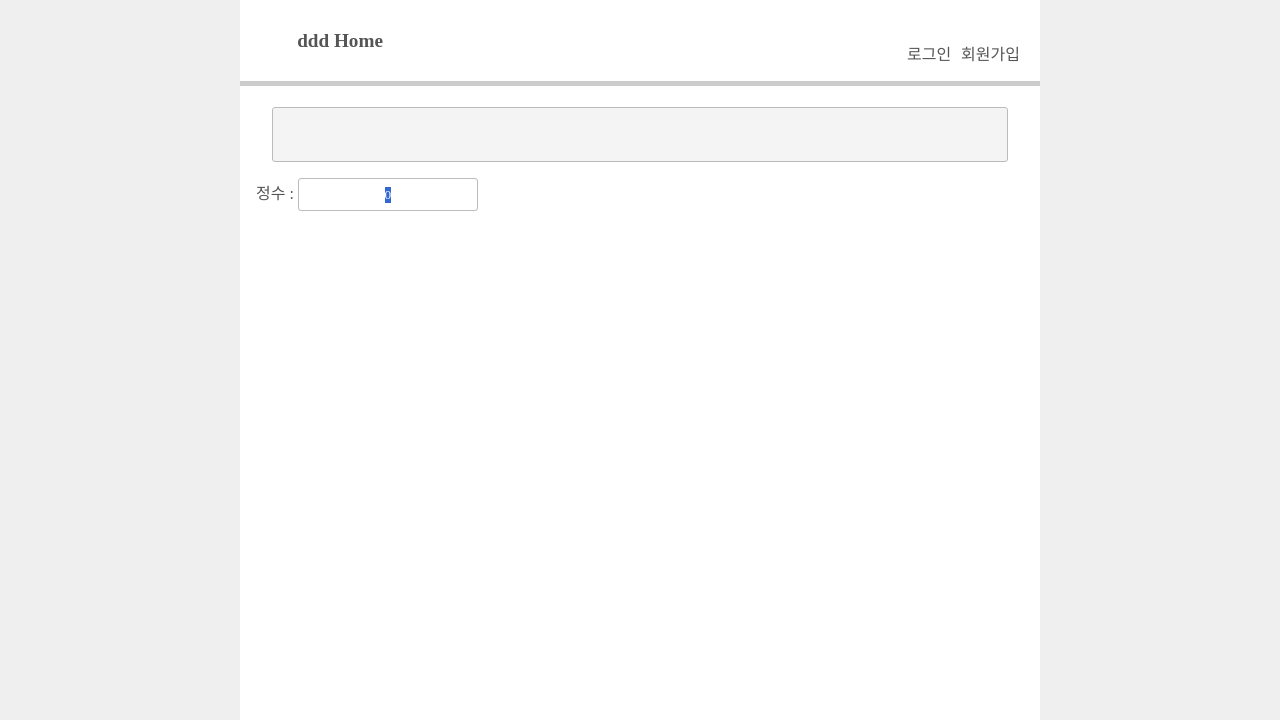
Repository: Deneb0000/JSP
Page: http://localhost/jspPro/days01/ex03_06.jsp
These files come from the project's save history. The page is drawn as it stood at one moment and after the next save; the edit follows.
The browser window is 1280 px wide. The pictures show the whole page.
Some web fonts or font styles are not loaded; a fallback is used. The page is served by Tomcat 9. Other server files are loaded and not shown.

Above is the page before, as saved 2024-10-15 08:34:53.

### jspPro/src/main/webapp/days01/ex03_06.jsp
<%@ page contentType="text/html; charset=UTF-8" pageEncoding="UTF-8"%>
<%
//int num = Integer.parseInt(request.getParameter("num"));
//http://localhost/jspPro/days01/ex03_06.jsp?num=		500오류 : 서버체크 > script
String pNum = request.getParameter("num");

int num=0;
if(pNum != null){
	num = Integer.parseInt(pNum);
}
//int num = request.getParameter("num")==null?0:Integer.parseInt(request.getParameter("num"));

%>
<!DOCTYPE html>
<html>
<head>
<meta charset="UTF-8">
<title>Insert title here</title>
<link rel="shortcut icon" type="image/x-icon" href="http://localhost/jspPro/images/SiSt.ico">
<script src="https://ajax.googleapis.com/ajax/libs/jquery/3.7.1/jquery.min.js"></script>
<meta name="viewport" content="width=device-width, initial-scale=1.0">
<meta name="google" content="notranslate">
<link rel="stylesheet" href="http://localhost/jspPro/resources/cdn-main/example.css">
<script src="http://localhost/jspPro/resources/cdn-main/example.js"></script>
<style>
 span.material-symbols-outlined{
    vertical-align: text-bottom;
 }
</style>
</head>
<body>
<header>
  <h1 class="main"><a href="#" style="position: absolute;top:30px;">ddd Home</a></h1>
  <ul>
    <li><a href="#">로그인</a></li>
    <li><a href="#">회원가입</a></li>
  </ul>
</header>
<div>
  <xmp class="code">
  </xmp>
  <!-- <form> -->
  정수 : <input type = "text" id= "num" name="num" value="<%= num %>" autofocus><br>
  <!-- </form> -->

  <!-- 숫자만 입력되게, 유효성검사  엔터를 칠때 '3' 입력시 1+2+3-->

<p id="demo">
 <%
 if(pNum != null){
  int sum = 0;
  for(int i=1; i<=num; i++){
	  sum += i;
	%><%= i %>+<%
  }//for
 %>=<%= sum %>
 <%}
 %>
</p>
   <script>
   $("#num").select();
  $("#num")
  .css("text-align","center")
  .on({
	  "keydown": function(e) {
		  if ( !(e.which >= 48 && e.which <= 57
	              || e.which == 8
	              || e.which == 13
	              || e.which == 229
	          )){
			  alert("숫자만 입력")
			  e.preventDefault();
		  }//if
	  },
	  "keyup": function(event) {
		  //if($("num").val().length != 0 && event.which == 13){	//입력이 된 상태
			  if( event.which == 13){	//입력이 된 상태

			  //$("form").submit();
			  let numValue = $("#num").val();
			location.href = `ex03_06.jsp?num=\${numValue}`;	//무조건 get방식
		  }
	  }
  })
  </script>
</div>
</body>
</html>

### jspPro/src/main/webapp/resources/cdn-main/example.css
@charset "UTF-8";

@import url('https://fonts.googleapis.com/css2?family=Material+Symbols+Outlined:opsz,wght,FILL,GRAD@20..48,100..700,0..1,-50..200');

@font-face {
    font-family: 'GmarketSansMedium';
    src: url('https://cdn.jsdelivr.net/gh/projectnoonnu/noonfonts_2001@1.1/GmarketSansMedium.woff') format('woff');
    font-weight: normal;
    font-style: normal;
}

:root {
	--text-color: #555;
	--sub-text-color: #777;
	--back-color: #EFEFEF;
	--header-color: #444;
	--primary-color: #DEDEDE;
	--secondary-color: #EFEFEF;
	--default-width: 800px;
	--narrow-width: 500px;
	--wide-width: 1200px;
	--text-font: 'GmarketSansMedium';
	--icon-font: 'Material Symbols Outlined';
	--border-color: #CCC;
}

html, body {
	margin: 0;
	padding: 0;
}

html {
	background-color: var(--back-color);
	display: flex;
	justify-content: center;
	min-height: 100vh;
}

body, body.default {
	width: var(--default-width);
	background-color: white;
	padding-bottom: 120px;
}

body.wide {
	width: var(--wide-width);
}

body.narrow {
	width: var(--narrow-width);
}



body, p, div, span, a, input, select, option, textarea, button, table, th, td, label, fieldset, legend {
	font-family: var(--text-font);
	color: var(--text-color);
}

h1, h2, h3 {
	font-family: var(--text-font);
	color: var(--header-color);
	padding: 0 1rem;
	padding-top: .5rem;
}

div > h1, div > h2, div > h3 {
	padding: 0;
}

body > div, body > main > div {
	padding: 0.3rem 1rem;
}


h1 { font-size: 2rem; border-bottom: 1px solid var(--border-color); }
h1 small { font-size: 1.2rem; color: var(--sub-text-color); }
h2 { font-size: 1.5rem; border-bottom: 1px dashed var(--border-color); }
h2 small { font-size: 1.1rem; color: --sub-text-color; }
h3 { font-size: 1.2rem; }
h3 small { font-size: 1rem; color: --sub-text-color; }



h1.main::before {
	font-family: var(--icon-font);
  	content: '\e666';
  	margin-right: 10px;
  	float: left;
	font-size: 2.5rem;
}

h1.sub::before {
	font-family: var(--icon-font);
  	content: '\ea19';
  	margin-right: 10px;
  	float: left;
	font-size: 2.5rem;
}


h1.page::before {
	font-family: var(--icon-font);
  	content: '\e0e0';
  	margin-right: 10px;
  	float: left;
	font-size: 2.5rem;
}

body > header > ul > li > .active{
	background-color: #FFF;
	color:#F00;
}

body > header {
	display: flex;
	justify-content: space-between;
	border-bottom: 5px solid var(--border-color);
	min-height: 74px;
	background-color: #FFF;
}

body > header.sticky {
	position: sticky;
	top: 0;
	z-index: 98;
}

body > header > h1 {
	font-size: 1.2rem;
	border: 0;
}

body > header.in > h1::before {
	font-family: var(--icon-font);
  	content: '\e332‥';
  	margin-right: 3px;
  	float: left;
	font-size: 2rem;
}


body > header > ul {
	list-style-type: none;
	display: flex;
	align-items: flex-end;
	margin-right: 10px;
}

body > header > ul > li {
	margin-right: 10px;
	cursor: pointer;
}

body > header > ul > li > a {
	cursor: pointer;
}


form {
	display: block;
}

form > div {
	padding: 0.3rem 1rem;
}

div > form > div {
	padding: 0.3rem 0;
}

input, textarea, button, select {
	border: 1px solid #BBB;
	border-radius: 3px;
	outline: none;
	resize: none;
	padding: 7px;
	margin: 0;
}

input[type=text]:read-only, textarea:read-only {
	cursor: not-allowed;
	background-color: #FFF;
}

input[type=text]:disabled, textarea:disabled {
	cursor: not-allowed;
	background-color: #EEE;
}

input[type=text], input[type=password], textarea, button, select {
	/* width: 300px; */
}

textarea {
	display: block;
	height: 100px;
}

input[type=button], input[type=submit], button {
	/* width: inherit; */
}

input.short, textarea.short, button.short, select.short {
	width: 100px;
}

input.long, textarea.long, button.long, select.long {
	width: 350px;
}

.narrow input.long, .narrow textarea.long, .narrow button.long, .narrow select.long {
	width: calc(100% - 20px);
}

input.full, textarea.full, button.full, select.full {
	width: calc(100% - 20px);
}

textarea.short {
	height: 50px;
}

textarea.long {
	height: 100px;
}

textarea.full {
	height: 200px;
}

input, textarea {
	padding-top: 8px;
}

input[type=button], input[type=submit], button {
	padding: 5px 10px;
	background-color: var(--secondary-color);
	cursor: pointer;
	min-height: 36px;
}

input[type=button].primary, input[type=submit].primary, button.primary {
	/* background-color: rgba(100, 149, 237, .2); */
	background-color: var(--primary-color);
}

input[type=button].primary:hover, input[type=submit].primary:hover, button.primary:hover {
	/* background-color: rgba(100, 149, 237, .3); */
	background-color: var(--secondary-color);
}

input[type=button]:hover, input[type=submit]:hover, button:hover {
	background-color: var(--primary-color);
}

button {
	position: relative;
	left: 0;
	top: 0;
	padding-left: 35px;
}

button .material-symbols-outlined {
	position: absolute;
	left: 10px;
	top: 4px;
}

/* k2nik add */
button.login::before {
	font-family: var(--icon-font);
  	content: '\ea77';
	position: absolute;
	left: 11px;
	top: 4px;
	font-size: 1.25rem;
}

/* k2nik logout */
button.logout::before {
	font-family: var(--icon-font);
  	content: '\e9ba';
	position: absolute;
	left: 11px;
	top: 4px;
	font-size: 1.25rem;
}

/* k2nik help */
button.help::before {
	font-family: var(--icon-font);
  	content: '\f1c0';
	position: absolute;
	left: 11px;
	top: 4px;
	font-size: 1.25rem;
}

button.add::before{
	font-family: var(--icon-font);
  	content: '\e746';
	position: absolute;
	left: 11px;
	top: 4px;
	font-size: 1.25rem;
}

button.back::before {
	font-family: var(--icon-font);
  	content: '\e166';
	position: absolute;
	left: 11px;
	top: 4px;
	font-size: 1.25rem;
}

button.list::before {
	font-family: var(--icon-font);
  	content: '\e0ee';
	position: absolute;
	left: 11px;
	top: 4px;
	font-size: 1.25rem;
}


button.del::before {
	font-family: var(--icon-font);
  	content: '\e872';
	position: absolute;
	left: 11px;
	top: 4px;
	font-size: 1.25rem;
}


button.edit::before {
	font-family: var(--icon-font);
  	content: '\e745';
	position: absolute;
	left: 11px;
	top: 4px;
	font-size: 1.25rem;
}


button.login::before {
	font-family: var(--icon-font);
  	content: '\ea77';
	position: absolute;
	left: 11px;
	top: 4px;
	font-size: 1.25rem;
}


button.logout::before {
	font-family: var(--icon-font);
  	content: '\e9ba';
	position: absolute;
	left: 11px;
	top: 4px;
	font-size: 1.25rem;
}


button.in::before {
	font-family: var(--icon-font);
  	content: '\f71a';
	position: absolute;
	left: 11px;
	top: 4px;
	font-size: 1.25rem;
}


button.out::before {
	font-family: var(--icon-font);
  	content: '\f70e';
	position: absolute;
	left: 11px;
	top: 4px;
	font-size: 1.25rem;
}


button.reply::before {
	font-family: var(--icon-font);
  	content: '\e15e';
	position: absolute;
	left: 11px;
	top: 4px;
	font-size: 1.25rem;
}


button.comment::before {
	font-family: var(--icon-font);
  	content: '\e0b9';
	position: absolute;
	left: 11px;
	top: 4px;
	font-size: 1.25rem;
}


button.modal::before {
	font-family: var(--icon-font);
  	content: '\e89e';
	position: absolute;
	left: 11px;
	top: 4px;
	font-size: 1.25rem;
}


button.ok::before {
	font-family: var(--icon-font);
  	content: '\e86c';
	position: absolute;
	left: 11px;
	top: 4px;
	font-size: 1.25rem;
}


button.cancel::before {
	font-family: var(--icon-font);
  	content: '\e5c9';
	position: absolute;
	left: 11px;
	top: 4px;
	font-size: 1.25rem;
}

button.search::before {
	font-family: var(--icon-font);
  	content: '\e8b6';
	position: absolute;
	left: 11px;
	top: 4px;
	font-size: 1.25rem;
}

button.home::before {
	font-family: var(--icon-font);
  	content: '\e88a';
	position: absolute;
	left: 11px;
	top: 4px;
	font-size: 1.25rem;
}


button.sidebar::before {
	font-family: var(--icon-font);
  	content: '\f7e4';
	position: absolute;
	left: 11px;
	top: 4px;
	font-size: 1.25rem;
}


button.sidebar-right::before {
	font-family: var(--icon-font);
  	content: '\f7e5';
	position: absolute;
	left: 11px;
	top: 4px;
	font-size: 1.25rem;
}




button::before {
	font-family: var(--icon-font);
  	content: '\e323';
	position: absolute;
	left: 11px;
	top: 4px;
	font-size: 1.25rem;
}


table {
	border-collapse: collapse;
	margin: 1rem;
	box-sizing: border-box;
	width: calc(100% - 32px);
}

table.content {
	width: auto;
}

div > table {
	margin: 0;
}

table th, table td {
	border: 1px solid var(--border-color);
	padding: 7px;
	font-weight: normal;
}

table th {
	background-color: var(--back-color);
}

table.vertical th {
	width: 150px;
}

table.vertical td {
	width: calc(100% - 182px);
	padding-left: 10px;
}

table.content td, table.content th {
	width: auto;
}

body.narrow table.vertical th {
	width: 100px;
}

body.narrow table.vertical td {
	width: calc(100% - 182px);
}


table + table {
	margin-top: 30px;
}


p {
	padding: 0 1rem;
}

a {
	text-decoration: none;
}

a:hover {
	color: rgba(255, 99, 71, .7);
}

hr {
	border: 0;
	border-top: 1px solid var(--border-color);
	margin: 2rem 0;
}

.message {
	border: 1px solid var(--border-color);
	background-color: #EFEFEF;
	margin: 1rem;
	width: auto;
	padding-top: 10px;
	padding-bottom: 10px;
	font-size: 14px;
}

.message[title]::before {
	content: attr(title);
	display: block;
	border-bottom: 1px solid var(--border-color);
	padding-bottom: 5px;
	margin-bottom: 10px;
	margin-top: 7px;
}

.message.short {
	max-width: 250px;
}

.message.long {
	max-width: 500px;
}

.badge {
	float: right;
	font-size: .8rem;
	margin-top: 2px;
	margin-right: 2px;
	text-shadow: 0 0 7px gray;
}

.badge.left {
	float: none;
	margin-left: 2px;
}

.badge.right {
	float: right;
}

.badge.red {
	border-radius: 50%;
	padding: 2px 5px;
	background-color: rgb(255, 99, 71, .3);
}

.badge.yellow {

	border-radius: 50%;
	padding: 2px 5px;
	background-color: rgb(255, 215, 0, .5);
}

.badge.blue {
	border-radius: 50%;
	padding: 2px 5px;
	background-color: rgb(100, 149, 237, .3);
}

label + label {
	margin-left: 7px;
}

label input[type=checkbox], label input[type=radio] {
	transform: translate(0, 1px);
}

.group {
	display: flex;
}

.modal-content .group {
	margin-bottom: .5rem;
}

.group label {
	border: 1px solid #BBB;
	border-radius: 3px;
	outline: none;
	resize: none;
	padding: 7px 14px;
	margin: 0;
	border-top-right-radius: 0;
	border-bottom-right-radius: 0;
	background-color: #EFEFEF;
	white-space: nowrap;
	font-size: 14px;
}

.group input[type=text] {
	margin-left: -1px;
	border-top-left-radius: 0;
	border-bottom-left-radius: 0;
}

.group select {
	margin-left: -1px;
	border-top-left-radius: 0;
	border-bottom-left-radius: 0;
}

.group input.full[type=text] {
	margin-left: -1px;
	border-top-left-radius: 0;
	border-bottom-left-radius: 0;
	width: 100%;
}

.group input[type=button]:first-child, .group button:first-child {
	border-top-left-radius: 3px;
	border-bottom-left-radius: 3px;
	margin-left: 0px;
}

.group input[type=button], .group button {
	border-radius: 0;
	margin-left: -1px;
}

.group input[type=button]:last-child, .group button:last-child {
	margin-left: -1px;
	border-top-right-radius: 3px;
	border-bottom-right-radius: 3px;
}

.seperate {
	display: flex;
	justify-content: space-between;
}

div.list {
	width: max-content;
	margin: 1rem;
	border: 1px solid #BBB;
	border-radius: 3px;
	padding: 0;
}

div.list.full {
	width: auto;
	display: block;
	margin: 1rem;
	border: 1px solid #BBB;
	border-radius: 3px;
	padding: 0;
}

div.list > div {
	padding: .5rem 1rem;
	margin: 0;
	border-bottom: 1px solid #BBB;
}

div.list > div:last-child {
	border-bottom: 0;
}

pre.code , xmp.code{
	font-family: consols;
	background-color: rgba(150, 150, 150, .1);
	border: 1px solid #BBB;
	border-radius: 3px;
	padding: .5rem 1rem;
	padding-bottom: .6rem;
	margin: 1rem;
}




*[data-modal-window] {
	position: fixed;
	background-color: rgba(0, 0, 0, .3);
	left: 0;
	top: 0;
	display: none;
	justify-content: center;
	align-items: flex-start;
	width: 100%;
	min-height: 100vh;
	z-index: 100;
	opacity: 0;
	transition: 500ms all;
}

*[data-modal-window] .modal-container {
	border-radius: 5px;
	padding: 1rem;
	padding-bottom: .5rem;
	margin-top: -500px;
	opacity: 0;
	width: 500px;
	background-color: #FFF;
	margin-right: 2rem;
	transition: 500ms all;
}

*[data-modal-size=content] .modal-container {
	width: auto;
}

*[data-modal-size=narrow] .modal-container {
	width: 300px;
}

*[data-modal-size=wide] .modal-container {
	width: 760px;
}


*[data-modal-window] .modal-header {
	border-bottom: 1px solid var(--border-color);
	padding: 2px 5px;
}

*[data-modal-window] .modal-content {
	padding: 1rem 5px;
}

*[data-modal-window] .modal-content div:last-child {
	margin-top: 1rem;
	text-align: right;
}



*[data-sidebar-window] {
	position: fixed;
	background-color: #FFF;
	left: 0;
	top: 0;
	display: block;
	width: 300px;
	border-right: 1px solid var(--border-color);
	box-sizing: border-box;
	box-shadow: 0 0 3px var(--back-color);
	min-height: 100vh;
	z-index: 99;
	transform: translate(-300px, 0);
	transition-duration: 500ms;
	transition-property: transform;
}

*[data-sidebar-direction=right] {
	left: auto;
	right: 0;
	transform: translate(300px, 0);
	border-left: 1px solid var(--border-color);
}

*[data-sidebar-size=wide] {
	width: 500px;
	transform: translate(-500px, 0);
}

*[data-sidebar-window] .sidebar-title {
	border-bottom: 1px solid var(--border-color);
	margin-top: 20px;
	margin-bottom: 20px;
	padding-bottom: 5px;
	display: flex;
	justify-content: space-between;
}

*[data-sidebar-window] .sidebar-title span:last-child {
	cursor: pointer;
}


/* K2Nik pagination */
.center {
  text-align: center;
}

.pagination {
  display: inline-block;
}

.pagination a {
  color: black;
  float: left;
  padding: 3px 6px;
  text-decoration: none;
  transition: background-color .3s;
  border: 1px solid #ddd;
  margin: 0 3px;
}

.pagination a.active {
  background-color: #4CAF50;
  color: white;
  border: 1px solid #4CAF50;
}

.pagination a:hover:not(.active) {background-color: #ddd;}

### jspPro/src/main/webapp/resources/cdn-main/example.js

window.onload = () => {

    const list = document.querySelectorAll('input, textarea');

    list.forEach(item => {
        item.setAttribute('autocomplete', 'off');
    });


    const modal_btn_list = document.querySelectorAll('*[data-modal-button]');

    modal_btn_list.forEach(item => {
        item.onclick = function() {

            const name = this.dataset['modalButton'];
            const modal_window = document.querySelector('*[data-modal-window=' + name);

            const container = document.createElement('div');
            container.className = 'modal-container';



            const modal_header = document.createElement('div');
            modal_header.textContent = modal_window.dataset['modalTitle'];
            modal_header.className = 'modal-header';
            container.appendChild(modal_header);

            const modal_content = document.createElement('div');
            modal_content.className = 'modal-content';
            container.appendChild(modal_content);

            Array.from(modal_window.childNodes).forEach(item => {
                modal_content.appendChild(item);
            });

            modal_window.appendChild(container);

            modal_window.style.display = 'flex';

            setTimeout(() => {
                modal_window.style.opacity = 1;
                container.style.marginTop = '20px';
                container.style.opacity = 1;
            }, 50);


            const modal_ok = document.querySelector('*[data-modal-ok=' + name);
            modal_ok.addEventListener('click', function() {
                modal_window.style.opacity = 0;
                container.style.marginTop = '-500px';
                container.style.opacity = 0;

                setTimeout(() => {
                    modal_window.innerHTML = modal_content.innerHTML;
                    modal_window.style.display = 'none';
                }, 500);

            });

            const modal_cancel = document.querySelector('*[data-modal-cancel=' + name);
            modal_cancel.addEventListener('click', function() {

                modal_window.style.opacity = 0;
                container.style.marginTop = '-500px';
                container.style.opacity = 0;

                setTimeout(() => {
                    modal_window.innerHTML = modal_content.innerHTML;
                    modal_window.style.display = 'none';
                }, 500);
            });


        };
    });


    const sidebar_btn_list = document.querySelectorAll('*[data-sidebar-button]');

    sidebar_btn_list.forEach(item => {
        item.onclick = function() {



            const name = this.dataset['sidebarButton'];
            const sidebar_window = document.querySelector('*[data-sidebar-window=' + name);

            if (sidebar_window.style.transform == 'translate(0px, 0px)') return;



            sidebar_window.style.transform = 'translate(0, 0)';

            const sidebar_title = document.createElement('div');
            sidebar_title.className = 'sidebar-title';
            sidebar_title.innerHTML = '<span>' + sidebar_window.dataset['sidebarTitle'] + '</span><span class="material-symbols-outlined">close</span>';

            sidebar_title.children[1].onclick = function() {

                let sign = 1;
                let distance = 300;

                if (sidebar_window.dataset['sidebarDirection'] != 'right') {
                    sign = -1;
                } else {
                    sign = 1;
                }

                if (sidebar_window.dataset['sidebarSize'] != 'wide') {
                    distance = 300;
                } else {
                    distance = 500;
                }

                distance *= sign;

                sidebar_window.style.transform = 'translate(' + distance + 'px, 0)';

                setTimeout(function() {
                    sidebar_window.removeChild(sidebar_window.children[0]);
                }, 500);
            };


            sidebar_window.prepend(sidebar_title);

        }
    });

};

// window.onkeydown = function(event) {

//     if (event.keyCode == 27) {
//         if (document.querySelector('[data-modal-window').style.display == 'flex') {
//             document.querySelector('[data-modal-window').style.display = 'none';
//         }
//     }

// };

After the next save:
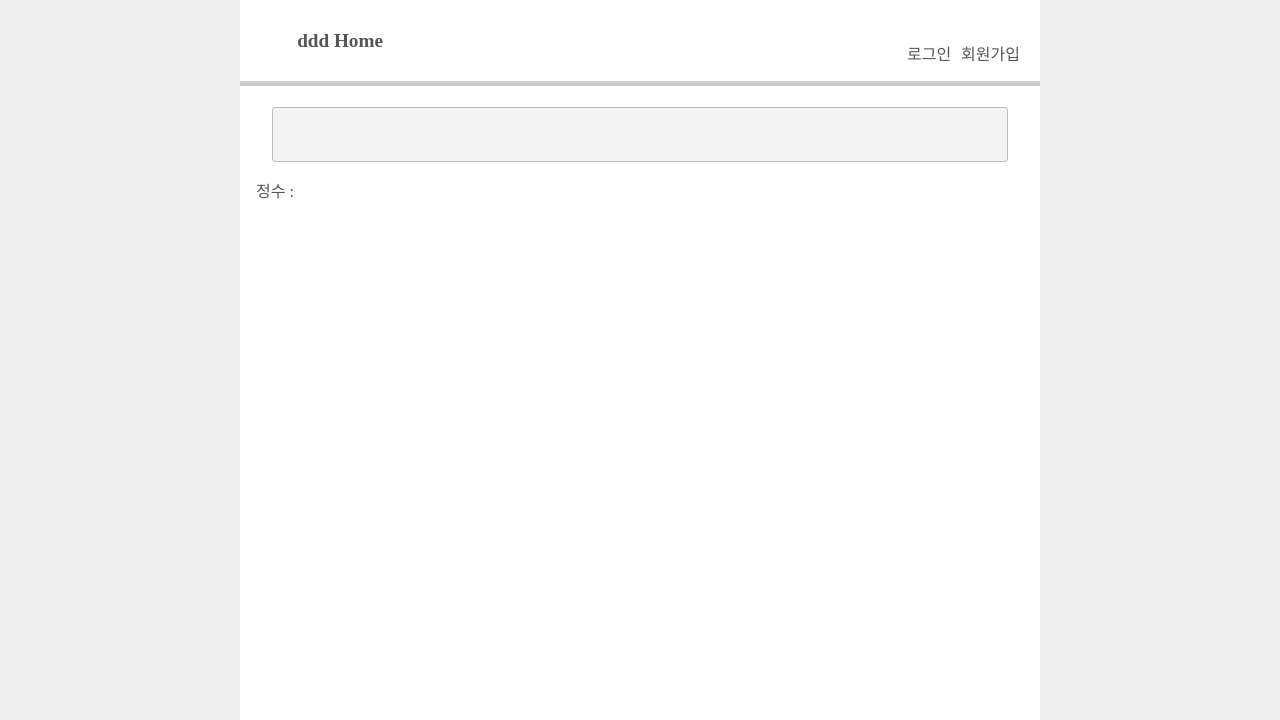
Saved 83 s later.
--- a/jspPro/src/main/webapp/days01/ex03_06.jsp
+++ b/jspPro/src/main/webapp/days01/ex03_06.jsp
@@ -58,6 +58,7 @@
  %>
 </p>
    <script>
+   $("#num").remove();
    $("#num").select();
   $("#num")
   .css("text-align","center")
